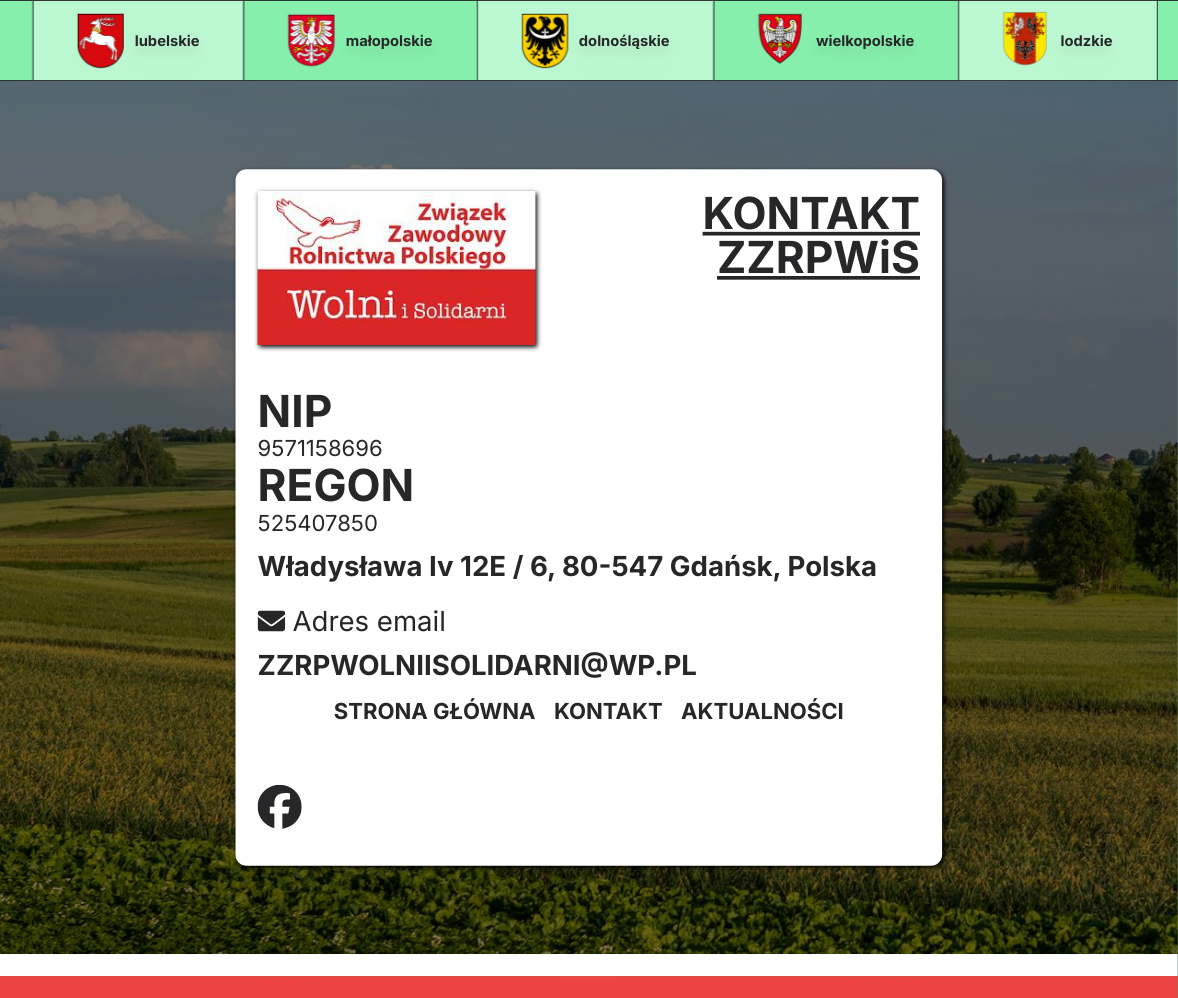
Repository: wesiudev/ZZRPWiS
Page: /kontakt
The author's editor kept a copy of each file at every save. The page is drawn from the files as they stood at one save, then again after the next save.
The browser window is 1280 px wide. The pictures show the whole page, at 92% of full size.
The project was rebuilt for these pictures with package versions that can differ from the ones it lists, and the page was loaded fresh each time. The framework's server and built-in components were replaced by stand-ins that run in the browser. Also part of the build but not shown: next.config.mjs.

Above is the page before, as saved 2024-08-14 20:58:21.

After the next save:
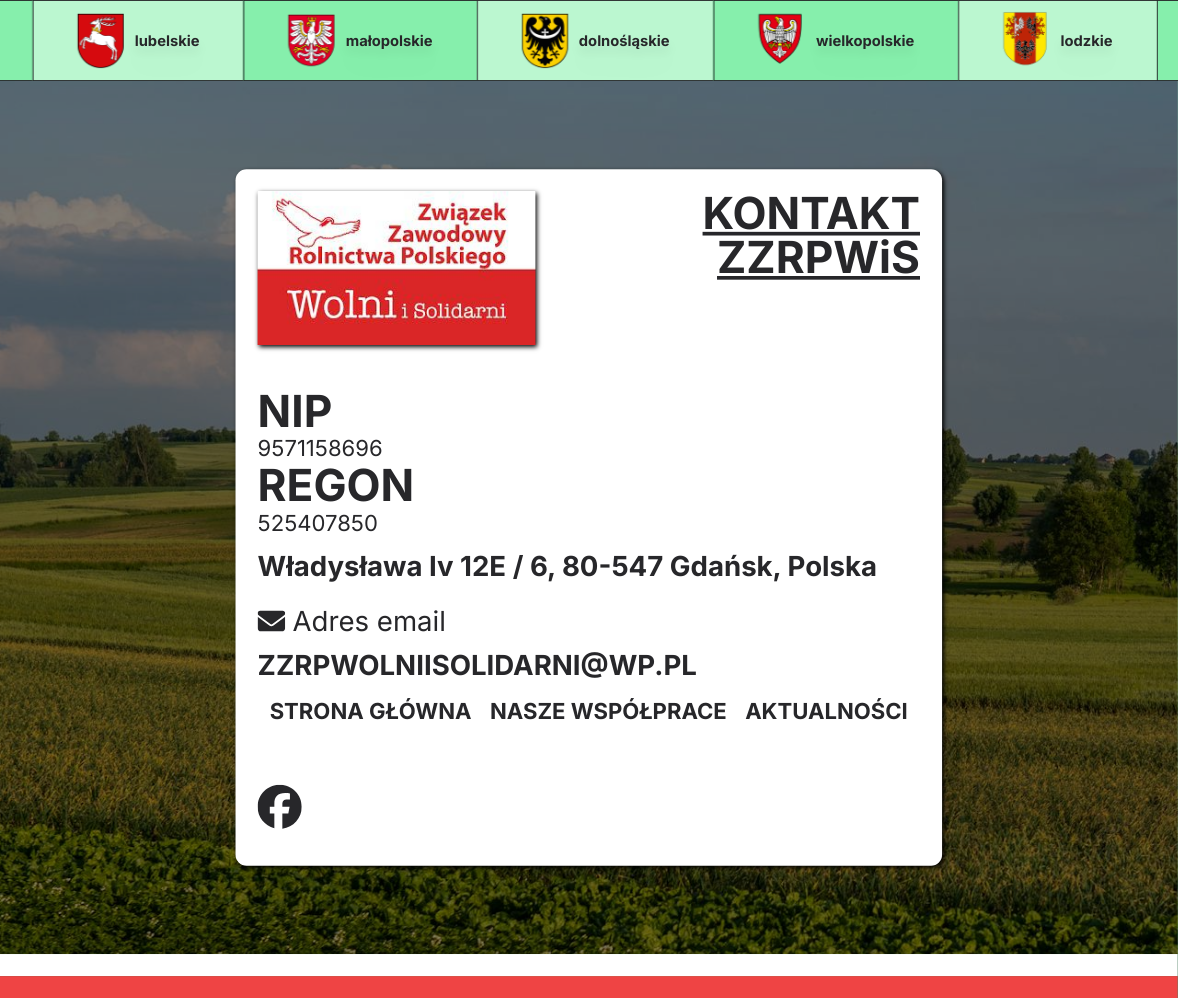
Saved 16 s later.
--- a/src/app/kontakt/page.tsx
+++ b/src/app/kontakt/page.tsx
@@ -68,11 +68,10 @@
                 STRONA GŁÓWNA
               </Link>
               <Link
-                title="skontaktuj się z nami"
                 className="text-base sm:text-lg lg:text-2xl 2xl:text-3xl font-bold"
-                href="/kontakt"
+                href="/nasze-wspolprace"
               >
-                KONTAKT
+                NASZE WSPÓŁPRACE
               </Link>
               <Link
                 title="zobacz nasze aktualności"
